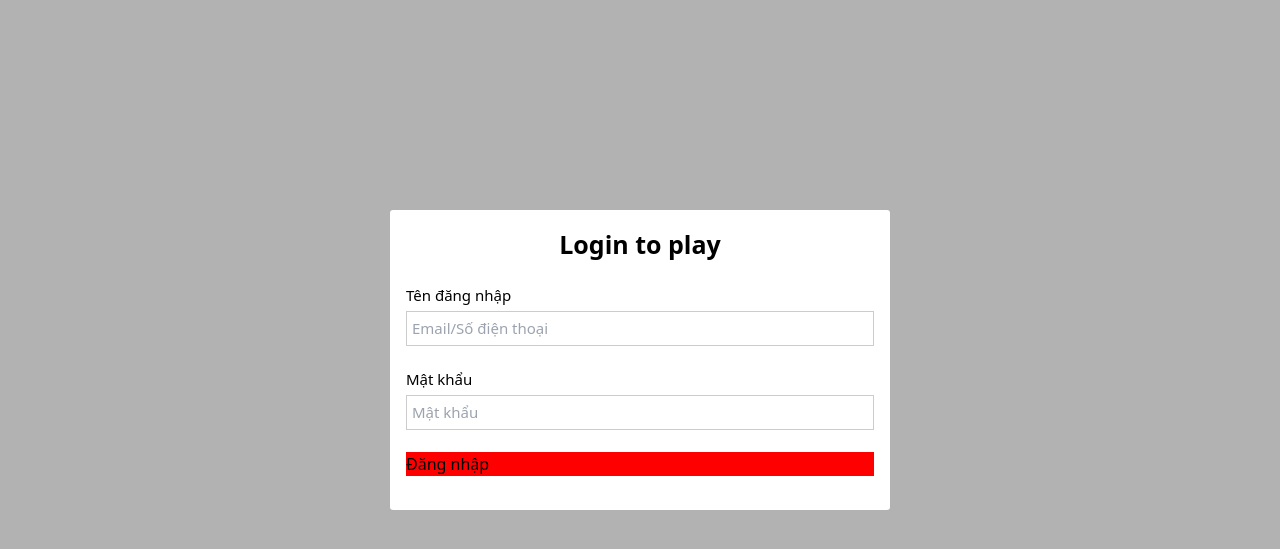
Repository: Teddy1705/demo_pj
Page: /
An editor plug-in stored every save of this project. The page is shown before and after the next save, followed by the edit.
The browser window is 1280 px wide. The pictures show the whole page.
The project was rebuilt for these pictures with package versions that can differ from the ones it lists, and the page was loaded fresh each time. Also part of the build but not shown: vite.config.js.

Above is the page before, as saved 2024-04-16 10:01:17.

After the next save:
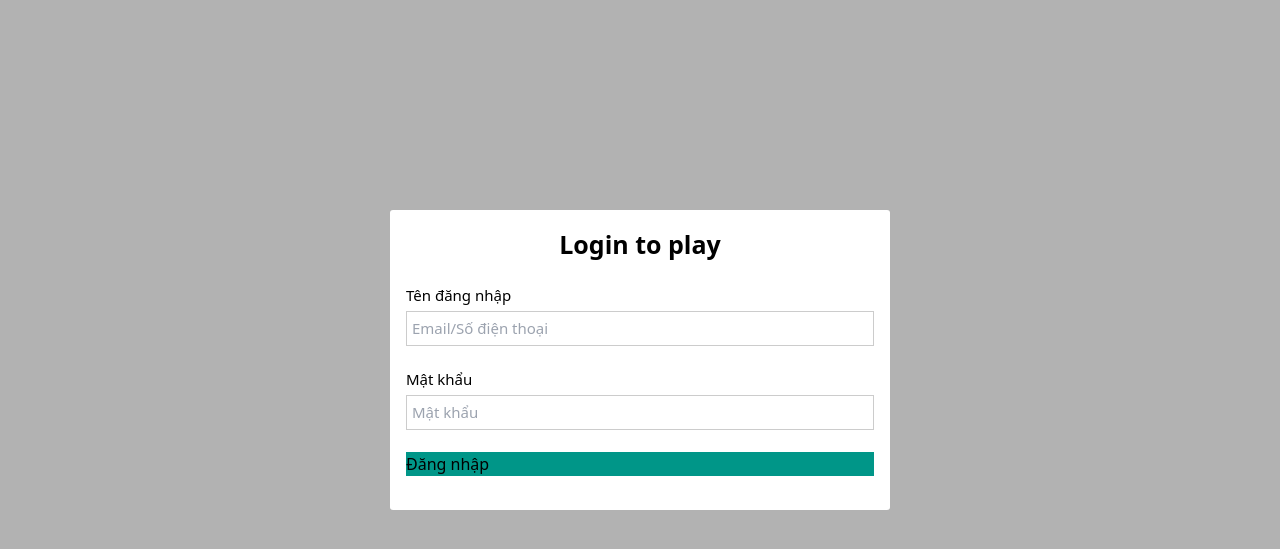
Saved 21 s later.
--- a/src/index.css
+++ b/src/index.css
@@ -620,5 +620,5 @@ video {
 
 .auth-form__btn {
   width: 100%;
-  background-color: red;
-}
+  background-color: #009688;
+}
